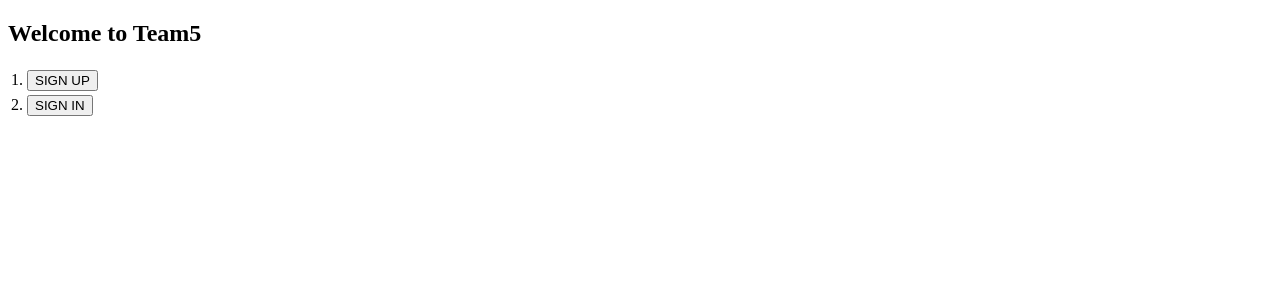
Repository: MIR013/KNU_DB_Project_Team5
Page: dbphase/Databaase/WebContent/initial.html
These files come from the project's save history. The page is drawn as it stood at one moment and after the next save; the edit follows.
The browser window is 1280 px wide. The pictures show the whole page.

Above is the page before, as saved 2018-11-12 10:46:48.

After the next save:
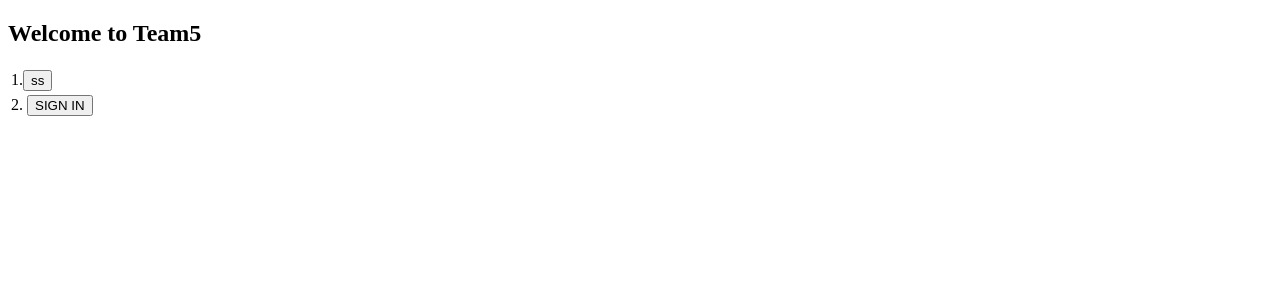
Saved 112 s later.
--- a/dbphase/Databaase/WebContent/initial.html
+++ b/dbphase/Databaase/WebContent/initial.html
@@ -10,8 +10,7 @@
 	<form>
 		<table>
 			<tr>
-				<td> 1. <input type="button" name="sign_up" value="SIGN UP"
-							onclick="location.herf='Sign_up.html'"/> </td>
+				<td> 1.<button type="button" onclick="location.herf='Sign_in.html'" >ss</button> </td>
 			</tr>
 			<tr>
 				<td> 2. <input type="button" name="sign_in" value="SIGN IN"

After the save that followed:
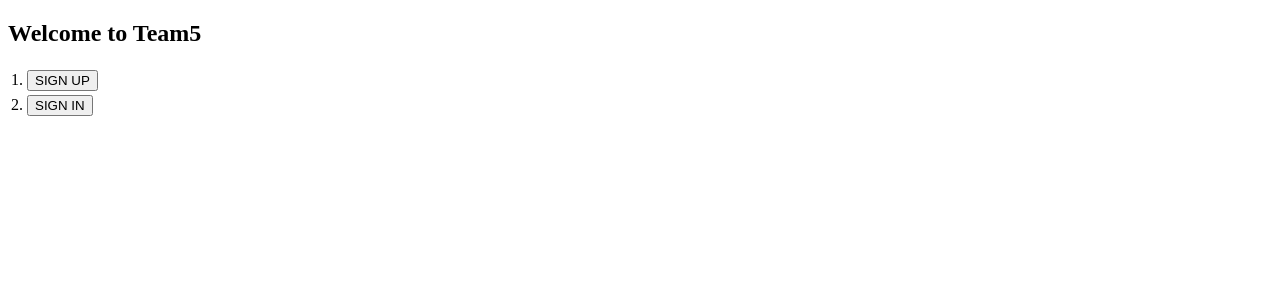
Saved 38 s later.
--- a/dbphase/Databaase/WebContent/initial.html
+++ b/dbphase/Databaase/WebContent/initial.html
@@ -10,7 +10,8 @@
 	<form>
 		<table>
 			<tr>
-				<td> 1.<button type="button" onclick="location.herf='Sign_in.html'" >ss</button> </td>
+				<td> 1. <input type="button" name="sign_up" value="SIGN UP"
+							onclick="location.herf='Sign_up.html'"/> </td>
 			</tr>
 			<tr>
 				<td> 2. <input type="button" name="sign_in" value="SIGN IN"
